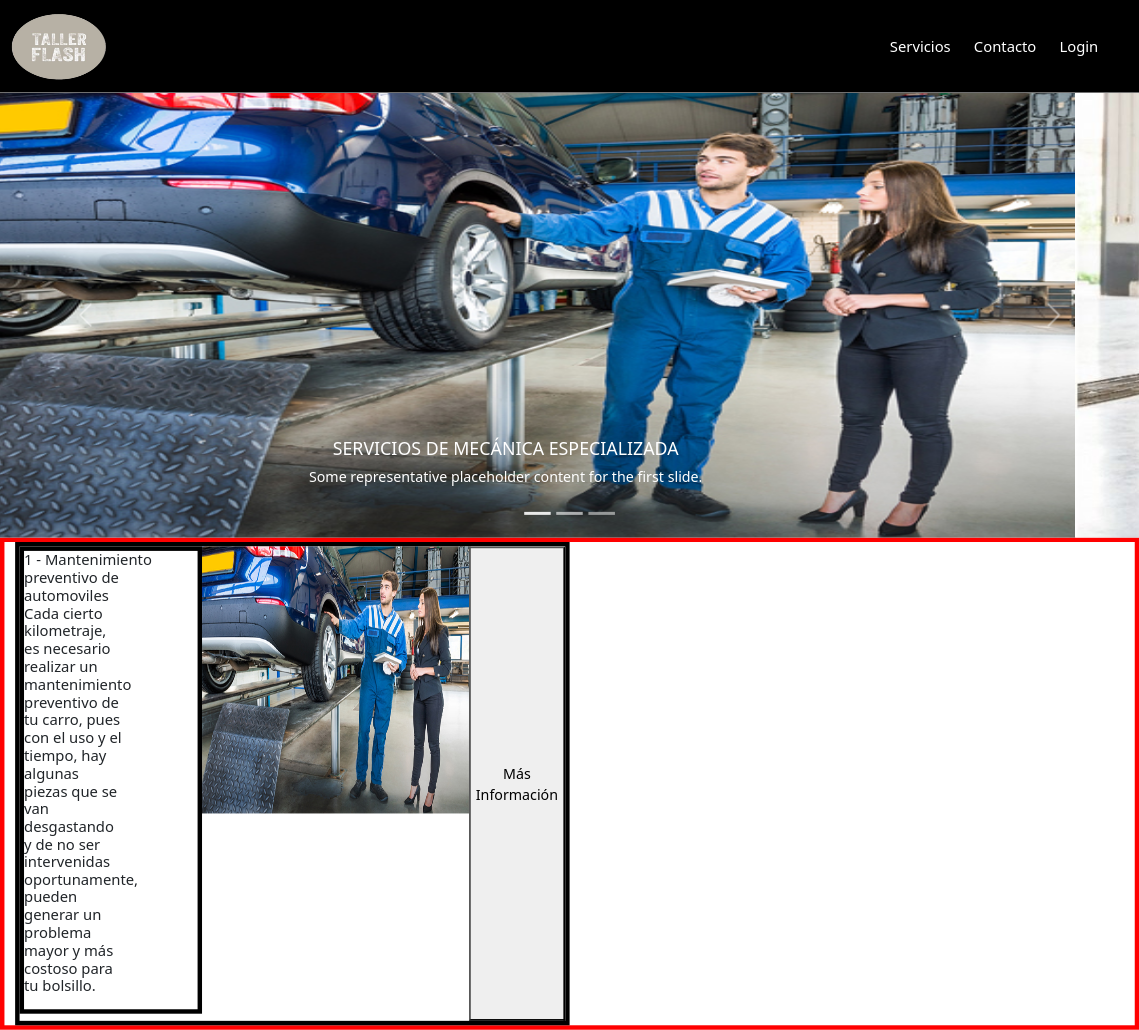
Repository: nder1996/Boostrap.Taller.Arquitectura
Page: Index.html
These files come from the project's save history. The page is drawn as it stood at one moment and after the next save; the edit follows.
The browser window is 1280 px wide. The pictures show the whole page, at 89% of full size.

Above is the page before, as saved 2021-07-23 06:12:01.

After the next save:
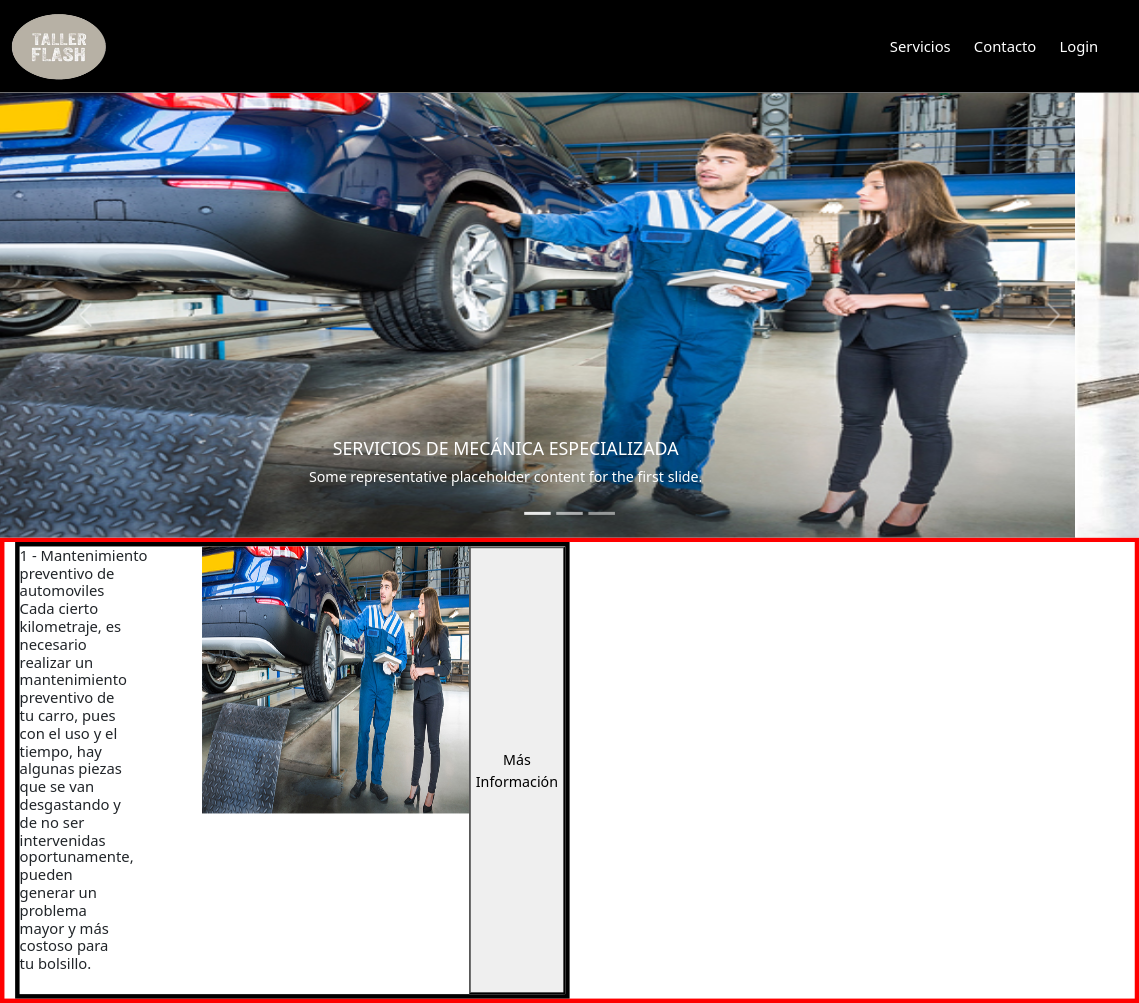
Saved 36 s later.
--- a/css/style.css
+++ b/css/style.css
@@ -39,7 +39,6 @@ nav li a{
 
 .Servicios div h1{
     position:relative;
-    border:5px solid black;
     font-size: 1.3vw;
     width: 50%;
 }
